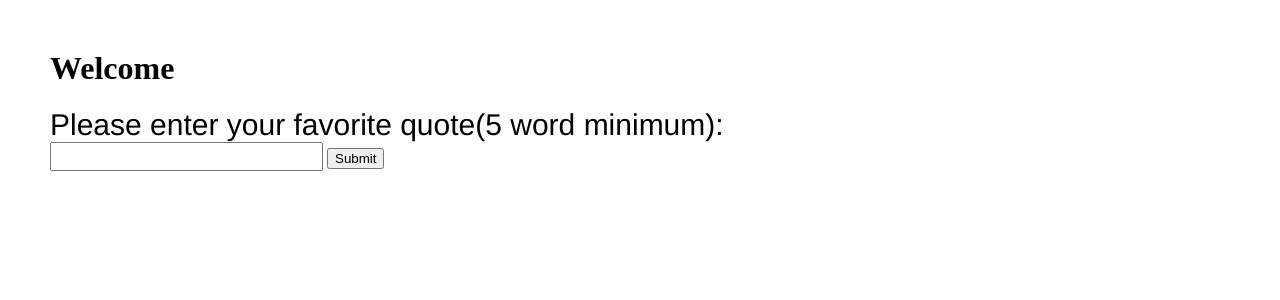
Repository: lilliebee/COSW30
Page: homework/homework4/quote.html
The author's editor kept a record of every edit. The page is drawn from the files as they stood at one moment, then again after the next edit.
The browser window is 1280 px wide. The pictures show the whole page.

Above is the page before.

After the next edit:
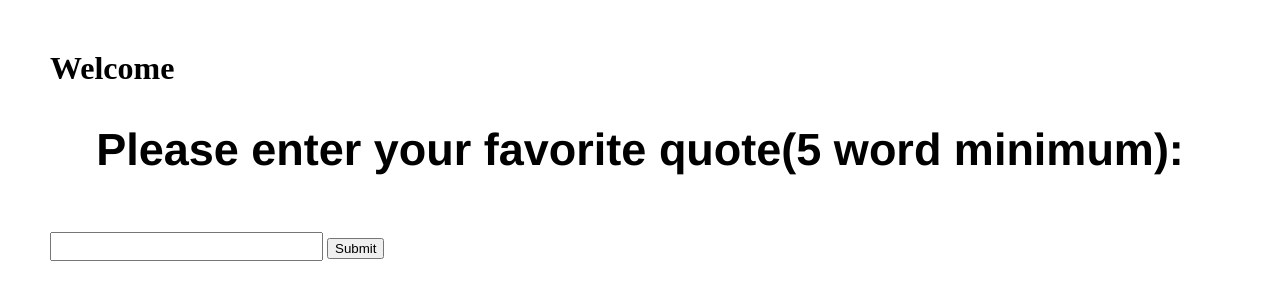
The edit:
--- a/homework/homework4/quote.html
+++ b/homework/homework4/quote.html
@@ -19,8 +19,11 @@
 
 <form action="quote_process.php" method="POST">
     <h1>Welcome</h1>
-<label>Please enter your favorite quote(5 word minimum):</label><br>
-<input type="text" quote="quote">
+<label for = "quote">
+    <h2>Please enter your favorite quote(5 word minimum):</h2>
+    </label><br>
+
+<input type="text" id="quote" name="quote">
 
 <button name="submit">Submit</button>
 </form>
